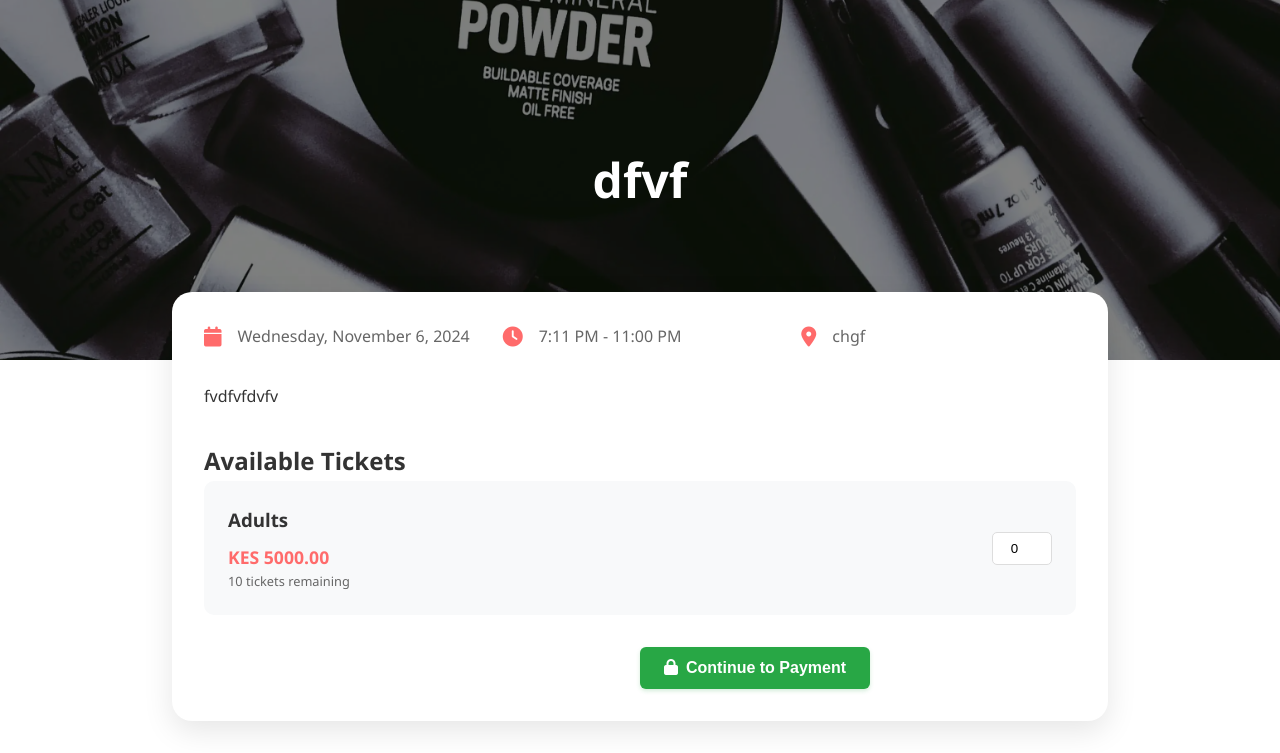
Repository: mrPractise/Susan-Portfolio
Page: http://localhost/events/dfvf/
The author's editor kept a copy of each file at every save. The page is drawn from the files as they stood at one save, then again after the next save.
The browser window is 1280 px wide. The pictures show the whole page.
The page is served by the project's application, run on Django 5.2 (manage.py). Other server files are loaded and not shown. The page reads the database file committed with the project.

Above is the page before, as saved 2024-10-31 15:42:38.

### Portfolio/templatetags/project_tags.py
from django import template
from django.utils.safestring import mark_safe

register = template.Library()  # This line is crucial

@register.simple_tag
def video_player(project, autoplay=False):
    """Render video player with proper attributes"""
    if not project.video:
        return ''

    video_attrs = {
        'preload': 'metadata',
        'playsinline': '',
        'id': f'video-{project.id}',
        'data-video-id': project.id,
    }

    if project.video_thumbnail:
        video_attrs['poster'] = project.video_thumbnail.url

    if autoplay:
        video_attrs['autoplay'] = ''
        video_attrs['muted'] = ''

    attrs_str = ' '.join([f'{k}="{v}"' for k, v in video_attrs.items() if v])

    html = f'''
    <div class="custom-video-player" data-video-id="{project.id}">
        <div class="video-container">
            <video {attrs_str}>
                <source src="{project.video.url}" type="video/mp4">
                <source src="{project.video.url[:-4]}.webm" type="video/webm">
                Your browser doesn't support video playback.
            </video>
            <div class="video-controls">
                <button class="play-pause" aria-label="Play/Pause">
                    <i class="fas fa-play"></i>
                </button>
                <div class="progress-bar">
                    <div class="progress-bar-filled"></div>
                </div>
                <div class="time">
                    <span class="current-time">0:00</span>
                    <span>/</span>
                    <span class="duration">0:00</span>
                </div>
                <div class="volume-control">
                    <button class="mute-unmute" aria-label="Mute/Unmute">
                        <i class="fas fa-volume-up"></i>
                    </button>
                    <input type="range" class="volume-slider" min="0" max="1" step="0.1" value="1">
                </div>
                <button class="fullscreen" aria-label="Fullscreen">
                    <i class="fas fa-expand"></i>
                </button>
            </div>
        </div>
    </div>
    '''
    return mark_safe(html)

### templates/event-detail.html
{% load static %}

<!DOCTYPE html>
<html lang="en">
<head>
    <meta charset="UTF-8">
    <meta name="viewport" content="width=device-width, initial-scale=1.0">
    <title>{{ event.title }} - Susan Abong'o</title>
    <link href="https://cdnjs.cloudflare.com/ajax/libs/font-awesome/6.0.0/css/all.min.css" rel="stylesheet">
    <link rel="stylesheet" href="{% static 'css/global.css' %}">
    <link rel="stylesheet" href="{% static 'css/event-detail.css' %}">
</head>

<body>
<div class="event-detail-page">
    <div class="event-hero" style="background-image: url('{{ event.image.url }}')">
        <div class="overlay"></div>
        <div class="container">
            <h1>{{ event.title }}</h1>
        </div>
    </div>

    <div class="event-content">
        <div class="event-info">
            <div class="event-meta">
                <div class="meta-item">
                    <i class="fas fa-calendar"></i>
                    <span>{{ event.date|date:"l, F j, Y" }}</span>
                </div>
                <div class="meta-item">
                    <i class="fas fa-clock"></i>
                    <span>{{ event.start_time|time:"g:i A" }} - {{ event.end_time|time:"g:i A" }}</span>
                </div>
                <div class="meta-item">
                    <i class="fas fa-map-marker-alt"></i>
                    <span>{{ event.venue }}</span>
                </div>
            </div>

            <div class="event-description">
                {{ event.description|linebreaks }}
            </div>

            {% if not event.is_sold_out and not is_past %}
            <div class="ticket-section">
                <h2>Available Tickets</h2>

                <form method="post" action="{% url 'process_booking' event.slug %}">
                    {% csrf_token %}

                    {% if messages %}
                    <div class="messages">
                        {% for message in messages %}
                        <div class="alert {% if message.tags %}alert-{{ message.tags }}{% endif %}">
                            {{ message }}
                        </div>
                        {% endfor %}
                    </div>
                    {% endif %}

                    <div class="ticket-types">
                        {% for ticket_type in ticket_types %}
                        <div class="ticket-type-card {% if ticket_type.is_sold_out %}sold-out{% endif %}">
                            <div class="ticket-info">
                                <h3>{{ ticket_type.name }}</h3>
                                <p class="ticket-description">{{ ticket_type.description }}</p>
                                <p class="ticket-price">KES {{ ticket_type.price|floatformat:2 }}</p>
                                <p class="tickets-left">{{ ticket_type.available_tickets }} tickets remaining</p>
                            </div>
                            {% if not ticket_type.is_sold_out %}
                            <div class="ticket-counter">
                                <input type="number"
                                       name="ticket_{{ ticket_type.id }}"
                                       value="0"
                                       min="0"
                                       max="{{ ticket_type.available_tickets }}"
                                       class="ticket-quantity">
                            </div>
                            {% endif %}
                        </div>
                        {% endfor %}
                    </div>

                    <button type="submit" class="btn btn-primary">
    <i class="fas fa-lock"></i>Continue to Payment
</button>

                </form>
            </div>
            {% elif is_past %}
            <div class="event-message">
                <i class="fas fa-calendar-times"></i>
                <h2>Event Has Passed</h2>
                <p>This event has already taken place.</p>
            </div>
            {% else %}
            <div class="event-message">
                <i class="fas fa-exclamation-circle"></i>
                <h2>Sold Out</h2>
                <p>Sorry, this event is sold out.</p>
            </div>
            {% endif %}
        </div>
    </div>
</div>
</body>
</html>

### Abongo/urls.py
"""
URL configuration for Abongo project.

The `urlpatterns` list routes URLs to views. For more information please see:
    https://docs.djangoproject.com/en/5.1/topics/http/urls/
Examples:
Function views
    1. Add an import:  from my_app import views
    2. Add a URL to urlpatterns:  path('', views.home, name='home')
Class-based views
    1. Add an import:  from other_app.views import Home
    2. Add a URL to urlpatterns:  path('', Home.as_view(), name='home')
Including another URLconf
    1. Import the include() function: from django.urls import include, path
    2. Add a URL to urlpatterns:  path('blog/', include('blog.urls'))
"""
from django.contrib import admin
from django.urls import path, include
from django.conf.urls.static import static
from django.conf import settings

urlpatterns = [
    path('admin/', admin.site.urls),
    path('', include('Portfolio.urls')),
]
urlpatterns += static(settings.MEDIA_URL, document_root=settings.MEDIA_ROOT)

### Portfolio/urls.py

from django.urls import path
from . import views

urlpatterns = [
    path('', views.home, name='home'),
    path('events', views.events, name='events'),
    path('portfolio', views.portfolio, name='portfolio'),
    path('projects/', views.project_list, name='projects'),
    path('projects/<slug:slug>/', views.project_detail, name='project_detail'),
    path('events/<slug:slug>/', views.event_detail, name='event-detail'),
    path('events/<slug:slug>/book/', views.process_booking, name='process_booking'),
    path('events/<slug:slug>/payment/', views.payment_page, name='payment'),
    path('events/<slug:slug>/process-payment/', views.process_payment, name='process_payment'),
    path('send-contact-email/', views.send_contact_email, name='send_contact_email'),
]

### static/css/global.css

:root {
    --primary: #2a2a2a;
    --accent: #ff6b6b;
    --secondary: #4f46e5;
    --text: #333;
    --light: #f5f5f5;
    --gradient: linear-gradient(135deg, #B48EAD, #483D8B);
}

* {
    margin: 0;
    padding: 0;
    box-sizing: border-box;
}

body {
    font-family: 'Segoe UI', Tahoma, Geneva, Verdana, sans-serif;
    line-height: 1.6;
    color: var(--text);
    overflow-x: hidden;
    width: 100%;
}

### static/css/event-detail.css
.event-detail-page {
    min-height: 100vh;
}

.event-hero {
    height: 50vh;
    position: relative;
    background-size: cover;
    background-position: center;
    color: white;
    display: flex;
    align-items: center;
}

.event-hero .overlay {
    position: absolute;
    inset: 0;
    background: rgba(0,0,0,0.5);
}

.event-hero .container {
    position: relative;
    z-index: 1;
    max-width: 1200px;
    margin: 0 auto;
    padding: 2rem;
}

.event-hero h1 {
    font-size: 3rem;
    margin: 0;
}

.event-content {
    max-width: 1000px;
    margin: -100px auto 0;
    padding: 2rem;
    position: relative;
}

.event-info {
    background: white;
    border-radius: 20px;
    padding: 2rem;
    box-shadow: 0 10px 30px rgba(0,0,0,0.1);
}

.event-meta {
    display: grid;
    grid-template-columns: repeat(auto-fit, minmax(200px, 1fr));
    gap: 1.5rem;
    margin-bottom: 2rem;
}

.meta-item {
    display: flex;
    align-items: center;
    gap: 1rem;
    color: #666;
}

.meta-item i {
    color: var(--accent);
    font-size: 1.25rem;
}

.event-description {
    margin: 2rem 0;
    line-height: 1.8;
}



/* New Ticket Type Styles */
.ticket-types {
    margin-bottom: 2rem;
}

.ticket-type-card {
    background: #f8f9fa;
    border-radius: 10px;
    padding: 1.5rem;
    margin-bottom: 1rem;
    display: flex;
    justify-content: space-between;
    align-items: center;
}

.ticket-info {
    flex: 1;
}

.ticket-info h3 {
    margin: 0 0 0.5rem 0;
    color: var(--text);
}

.ticket-description {
    color: #666;
    font-size: 0.9rem;
    margin-bottom: 0.5rem;
}

.ticket-price {
    color: var(--accent);
    font-weight: bold;
    font-size: 1.1rem;
}

.tickets-left {
    font-size: 0.8rem;
    color: #666;
}

.ticket-counter {
    display: flex;
    align-items: center;
    gap: 1rem;
    max-width: 200px;
}

.ticket-counter button {
    width: 40px;
    height: 40px;
    border: none;
    background: var(--accent);
    color: white;
    border-radius: 50%;
    cursor: pointer;
    font-size: 1.2rem;
    display: flex;
    align-items: center;
    justify-content: center;
}

.ticket-counter input {
    width: 60px;
    text-align: center;
    border: 1px solid #ddd;
    padding: 0.5rem;
    border-radius: 5px;
}









/* Button Base Styles */
.btn {
    display: inline-block;
    padding: 12px 24px;
    border: none;
    border-radius: 6px;
    font-size: 1rem;
    font-weight: 600;
    text-align: center;
    text-decoration: none;
    cursor: pointer;
    transition: all 0.3s ease;
margin-left: 50%;
}

/* Primary Button */
.btn-primary {
    background-color: #28a745;
    color: white;
    box-shadow: 0 2px 4px rgba(40, 167, 69, 0.2);
}

.btn-primary:hover {
    background-color: #218838;
    transform: translateY(-1px);
    box-shadow: 0 4px 6px rgba(40, 167, 69, 0.3);
}

.btn-primary:active {
    transform: translateY(1px);
    box-shadow: 0 1px 2px rgba(40, 167, 69, 0.2);
}

/* Disabled State */
.btn:disabled,
.btn.disabled {
    background-color: #6c757d;
    cursor: not-allowed;
    opacity: 0.65;
    transform: none;
    box-shadow: none;
}

/* Button Sizes */
.btn-large {
    padding: 14px 28px;
    font-size: 1.1rem;
}

.btn-small {
    padding: 8px 16px;
    font-size: 0.9rem;
}

/* Full Width Button */
.btn-block {
    display: block;
    width: 100%;
}

/* Responsive Adjustments */
@media (max-width: 768px) {
    .btn {
        padding: 10px 20px;
    }

    .btn-large {
        padding: 12px 24px;
    }

    .btn-small {
        padding: 6px 12px;
    }
}

/* Optional: Button with Icon */
.btn i {
    margin-right: 8px;
}

/* Optional: Loading State */
.btn.loading {
    position: relative;
    color: transparent !important;
    pointer-events: none;
}

.btn.loading::after {
    content: '';
    position: absolute;
    width: 16px;
    height: 16px;
    top: 50%;
    left: 50%;
    margin: -8px 0 0 -8px;
    border: 2px solid rgba(255,255,255,0.3);
    border-radius: 50%;
    border-top-color: white;
    animation: spin 0.8s linear infinite;
}

@keyframes spin {
    to { transform: rotate(360deg); }
}

@media (max-width: 768px) {
    .event-hero h1 {
        font-size: 2rem;
    }

    .event-content {
        margin-top: -50px;
        padding: 1rem;
    }

    .event-info {
        padding: 1.5rem;
    }

    .event-meta {
        grid-template-columns: 1fr;
        gap: 1rem;
    }

    .ticket-type-card {
        flex-direction: column;
        text-align: center;
    }

    .ticket-counter {
        margin: 1rem auto 0;
    }
}

### db.sqlite3 (the tables this page reads, as SQL)
CREATE TABLE "Portfolio_event" ("id" integer NOT NULL PRIMARY KEY AUTOINCREMENT, "title" varchar(200) NOT NULL, "slug" varchar(50) NOT NULL UNIQUE, "description" text NOT NULL, "date" date NOT NULL, "start_time" time NOT NULL, "end_time" time NOT NULL, "venue" varchar(200) NOT NULL, "venue_address" text NOT NULL, "image" varchar(100) NOT NULL, "created_at" datetime NOT NULL, "updated_at" datetime NOT NULL, "is_active" bool NOT NULL, "max_capacity" integer unsigned NOT NULL CHECK ("max_capacity" >= 0));
INSERT INTO "Portfolio_event" VALUES
(1, 'Modelling', 'modelling', 'Upcoming modeling events promise to showcase incredible talent and innovation in the fashion industry. From high-profile runway shows featuring emerging designers to exclusive casting calls and fashion weeks in iconic cities like New York, Paris, and Milan, these events offer models a platform to shine. Attendees can expect to see diverse collections that reflect current trends, as well as opportunities for networking with industry professionals. Additionally, workshops and panels led by top models and designers will provide invaluable insights into the evolving landscape of modeling and fashion, making these events must-attend occasions for aspiring and established models alike.

Upcoming modeling events promise to showcase incredible talent and innovation in the fashion industry. From high-profile runway shows featuring emerging designers to exclusive casting calls and fashion weeks in iconic cities like New York, Paris, and Milan, these events offer models a platform to shine. Attendees can expect to see diverse collections that reflect current trends, as well as opportunities for networking with industry professionals. Additionally, workshops and panels led by top models and designers will provide invaluable insights into the evolving landscape of modeling and fashion, making these events must-attend occasions for aspiring and established models alike.', '2024-11-04', '11:37:59', '18:00:00', 'Syokimau', 'Next to syokimau road', 'events/dress_3.webp', '2024-10-31 11:40:46.633162', '2024-11-04 15:33:02.673277', 1, 200),
(3, 'dfvf', 'dfvf', 'fvdfvfdvfv', '2024-11-06', '19:11:06', '23:00:00', 'chgf', 'fgbbfbfdf', 'events/b-product_7.webp', '2024-11-04 16:11:43.843052', '2024-11-04 16:11:43.843052', 1, 10);

CREATE TABLE "Portfolio_tickettype" ("id" integer NOT NULL PRIMARY KEY AUTOINCREMENT, "name" varchar(100) NOT NULL, "description" text NOT NULL, "price" decimal NOT NULL, "capacity" integer unsigned NOT NULL CHECK ("capacity" >= 0), "available_tickets" integer unsigned NOT NULL CHECK ("available_tickets" >= 0), "minimum_purchase" integer unsigned NOT NULL CHECK ("minimum_purchase" >= 0), "maximum_purchase" integer unsigned NOT NULL CHECK ("maximum_purchase" >= 0), "display_order" integer NOT NULL, "event_id" bigint NOT NULL REFERENCES "Portfolio_event" ("id") DEFERRABLE INITIALLY DEFERRED);
INSERT INTO "Portfolio_tickettype" VALUES
(3, 'Adults', '', 700, 50, 50, 1, 10, 1, 1),
(4, 'Children', '', 400, 100, 100, 1, 10, 2, 1),
(5, 'Teens', '', 500, 50, 50, 1, 10, 3, 1),
(7, 'Adults', '', 5000, 10, 10, 1, 10, 0, 3);

Loaded but not shown: Portfolio/views.py (609 lines, source omitted); Portfolio/models.py (327 lines, source omitted)

After the next save:
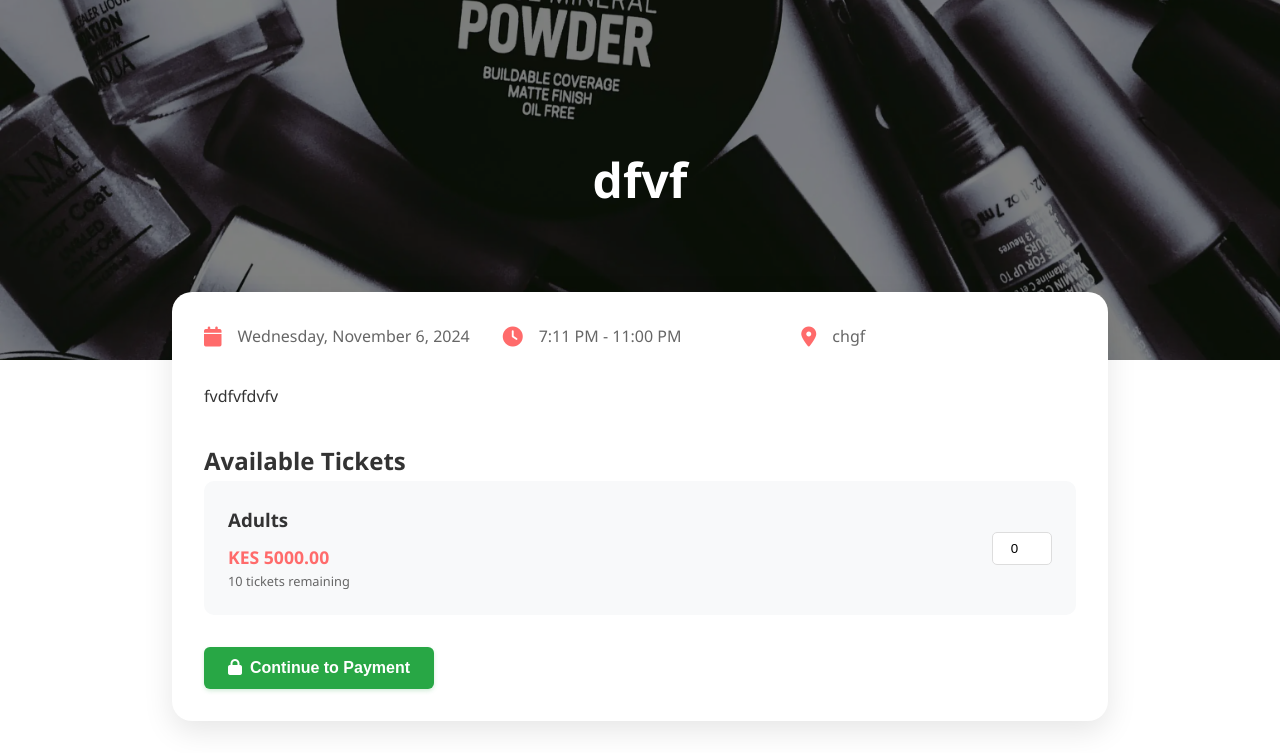
Saved 20 s later.
--- a/static/css/event-detail.css
+++ b/static/css/event-detail.css
@@ -151,7 +151,7 @@
 
 /* Button Base Styles */
 .btn {
-    display: inline-block;
+    display: flex;
     padding: 12px 24px;
     border: none;
     border-radius: 6px;
@@ -161,7 +161,7 @@
     text-decoration: none;
     cursor: pointer;
     transition: all 0.3s ease;
-margin-left: 50%;
+
 }
 
 /* Primary Button */
